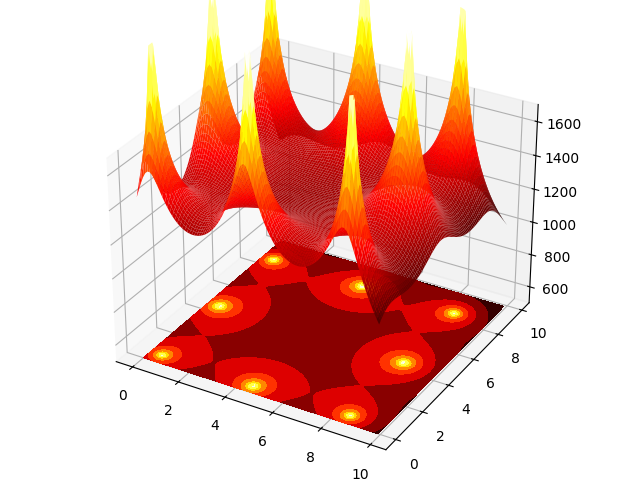
Repository: Jaamunozr/Archivos-python
Script's output: python Archivos Python/Graficas/tierras.py
The author's editor kept a copy of each file at every save. The script's output is drawn from the files as they stood at one save, then again after the next save.
Random numbers start from a fixed seed.

Above is the script's output before, as saved 2020-02-19 11:59:30.

### Archivos Python/Graficas/tierras.py
import os
import pylab as pl
import numpy as np
from mpl_toolkits.mplot3d import Axes3D
os.system("clear")

fig = pl.figure()
axx = Axes3D(fig)
raiz=np.sqrt
ln=np.log

X = np.arange(0, 10, 0.1)
Y = np.arange(0, 10, 0.1)
X, Y = np.meshgrid(X, Y)

ax, ay = 0.5, 0.5
bx, by = 4.5, 0.4
cx, cy = 8.5, 0.5
dx, dy = 0.5, 4.5
ex, ey = 8.5, 4.5
fx, fy = 0.5, 8.5
gx, gy = 4.5, 8.5
hx, hy = 8.5, 8.5
l = 2
rho= 100
ik=25

ma=raiz((X-ax)**2+(Y-ay)**2)
mb=raiz((X-bx)**2+(Y-by)**2)
mc=raiz((X-cx)**2+(Y-cy)**2)
md=raiz((X-dx)**2+(Y-dy)**2)
me=raiz((X-ex)**2+(Y-ey)**2)
mf=raiz((X-fx)**2+(Y-fy)**2)
mg=raiz((X-gx)**2+(Y-gy)**2)
mh=raiz((X-hx)**2+(Y-hy)**2)

va=ln((l+raiz(ma**2+l**2))/ma)
vb=ln((l+raiz(mb**2+l**2))/mb)
vc=ln((l+raiz(mc**2+l**2))/mc)
vd=ln((l+raiz(md**2+l**2))/md)
ve=ln((l+raiz(me**2+l**2))/me)
vf=ln((l+raiz(mf**2+l**2))/mf)
vg=ln((l+raiz(mg**2+l**2))/mg)
vh=ln((l+raiz(mh**2+l**2))/mh)

Vt=((rho*ik)/(2*np.pi))*(va+vb+vc+vd+ve+vf+vg+vh)



print(ax)
print(ay)
Z = raiz(abs(X ** 3 + Y ** 3))

axx.plot_surface(X, Y, Vt, rstride=1, cstride=1, cmap=pl.cm.hot)
axx.contourf(X, Y, Vt, zdir='z', offset=500, cmap=pl.cm.hot)
axx.set_zlim(500, 1700)

pl.show()

After the next save:
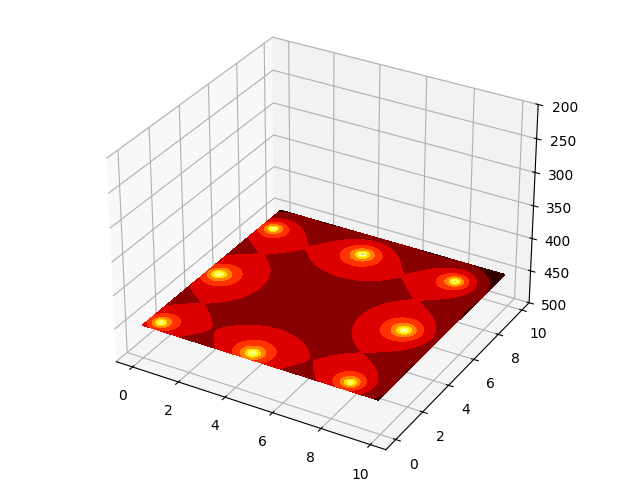
Saved 47 s later.
--- a/Archivos Python/Graficas/tierras.py
+++ b/Archivos Python/Graficas/tierras.py
@@ -52,7 +52,7 @@ print(ay)
 Z = raiz(abs(X ** 3 + Y ** 3))
 
 axx.plot_surface(X, Y, Vt, rstride=1, cstride=1, cmap=pl.cm.hot)
-axx.contourf(X, Y, Vt, zdir='z', offset=500, cmap=pl.cm.hot)
-axx.set_zlim(500, 1700)
+axx.contourf(X, Y, Vt, zdir='z', offset=450, cmap=pl.cm.hot)
+axx.set_zlim(500, 200)
 
 pl.show()
